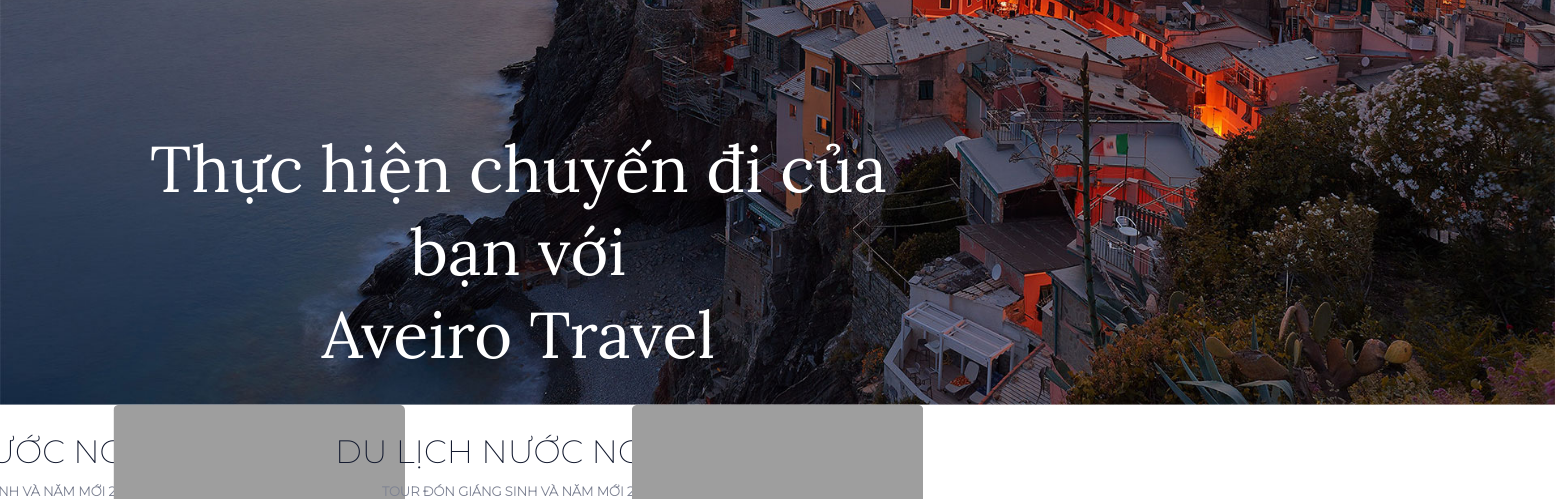
Repository: tuan842001/demotest
Page: /
These files come from the project's save history. The page is drawn as it stood at one moment and after the next save; the edit follows.
The browser window is 1280 px wide. The page is 1920 px wide, so the pictures cover 1920 px, including what lies to the right of the window. The pictures show the part of the page from y = 223 to 839 px (the page is 4327 px tall), at 81% of full size.
Pictures or frames that could not be fetched are drawn as grey boxes. The project was rebuilt for these pictures with package versions that can differ from the ones it lists, and the page was loaded fresh each time. Also part of the build but not shown: src/components/offers/offers.css, src/components/offers/Offers.jsx, src/pages/intour/Intour.jsx.

Above is the page before, as saved 2021-10-14 15:30:57.

### public/index.html
<!DOCTYPE html>
<html lang="en">
  <head>
    <meta charset="utf-8" />
    <link rel="icon" href="%PUBLIC_URL%/favicon.ico" />
    <meta name="viewport" content="width=device-width, initial-scale=1" />
    <meta name="theme-color" content="#000000" />
    <meta name="description" content="Web site created using create-react-app"/>
    <link href="https://fonts.googleapis.com/css2?family=Lora:wght@400;500;600;700&display=swap" rel="stylesheet">
    <link rel="stylesheet" href="https://cdnjs.cloudflare.com/ajax/libs/font-awesome/6.0.0-beta2/css/all.min.css" integrity="sha512-YWzhKL2whUzgiheMoBFwW8CKV4qpHQAEuvilg9FAn5VJUDwKZZxkJNuGM4XkWuk94WCrrwslk8yWNGmY1EduTA==" crossorigin="anonymous" referrerpolicy="no-referrer" />
    <link href="https://fonts.googleapis.com/css2?family=Lora:ital,wght@1,700&family=Montserrat:wght@200&display=swap" rel="stylesheet">
    <style>
      * {
        margin: 0;
      }
    </style>
    <title>Aveiro Travel</title>
  </head>
  <body>
    <noscript>You need to enable JavaScript to run this app.</noscript>
    <div id="root"></div>
  </body>
</html>

### src/App.js
import Home from './pages/home/Home';
import Intour from './pages/intour/Intour';
import TopBar from './components/topbar/TopBar';
import "./app.css"

function App() {
  return (
    <>
      <TopBar/>
      <Home/>
    </>
  );
}

export default App;

### src/pages/home/Home.jsx
import Header from "../../components/header/Header";
import Top from "../../components/top/Top";
import Posts from "../../components/posts/Posts";
import Last from "../../components/last/Last";
import Video from "../../components/video/Video";
import Popular from "../../components/popular/Popular";
import Bottombar from "../../components/bottombar/Bottombar";
import "./home.css";

export default function Home() {
  return (
    <>
      <Header />
      <div className="home">
        <Top />
        <Posts />
        <Top />
        <Posts />
      </div>
      <Last />
      <Video />
      <Popular />
      <Bottombar />
    </>
  );
}

### src/components/topbar/TopBar.jsx
import React from "react";
import "./topbar.css";

export default function TopBar() {
  return (
    <div className="top">
      <div className="topLeft">
        <img
          className="topImg"
          src="./assets/images/logoAveiroTravel.png"
          alt=""
        />
      </div>
      <div className="topCenter">
        <ul className="topList">
          <li className="topListItem">Trang Chủ</li>
          <li className="topListItem">Du lịch trong nước</li>
          <li className="topListItem">Du lịch nước ngoài</li>
          <li className="topListItem">Tin tức</li>
          <li className="topListItem">Liên hệ</li>
          <li className="topListItem">Đăng nhập</li>
          <li className="topListItem">Đăng ký</li>
        </ul>
      </div>
      <div className="topRight">
        <i className="topSearchIcon fas fa-search"></i>
      </div>
    </div>
  );
}

### src/app.css
*{
    margin: 0;
    padding: 0;
    -webkit-font-smoothing: antialiased;
    -webkit-text-shadow: rgba(0,0,0,.01) 0 0 1px;
    text-shadow: rgb(0 0 0 / 1%) 0 0 1px;
}
body{
    font-family: 'Montserrat', sans-serif;
    font-size: 14px;
    font-weight: 400;
    background: #FFFFFF;
    color: #131a2f;
}
ul{
    list-style: none;
    margin-bottom: 0px;
}
a{
    display: block;
    font-size: 16px;
    font-weight: 500;
    /* line-height: 56px; */
    text-decoration: none;
    background-color: transparent;
}
.container{
    width: 100%;
    padding-right: 15px;
    padding-left: 15px;
    margin-right: auto;
    margin-left: auto;
    position: relative;
}
.row{
    display: -ms-flexbox;
    display: flex;
    -ms-flex-wrap: wrap;
    flex-wrap: wrap;
    padding-top: 40px;
    padding-bottom: 65px;
    margin-left: calc(50% - 585px);
    margin-right: calc(50% - 585px);
}
.col{
    -ms-flex-preferred-size: 0;
    flex-basis: 0;
    -ms-flex-positive: 1;
    flex-grow: 1;
    max-width: 100%;
}
.sectionTitle{
    padding-top: 30px;
    line-height: 1.1;
    font-size: 40px;
    font-weight: 300;
    text-align: center!important;

}
.sectionTitle div {
    font-size: 16px;
    font-weight: 600;
    color: #7d8293;
    text-transform: uppercase;
    margin-top: 19px;
}
img{
    vertical-align: middle;
    border-style: none;
}
div{
    display: block;
    position: relative;
    -webkit-box-sizing: border-box;
    -moz-box-sizing: border-box;
    box-sizing: border-box;
}


.dropdown-content {
    display: none;
    position: absolute;
    right: 0;
    top: 100%;
    margin: 0;
    width: 100%;
    background: #FFFFFF;

    z-index: 1;
    box-shadow: 0 15px 25px rgb(63 78 100 / 15%);
}

.dropdown:hover .dropdown-content {
    display: block;
}

### src/components/header/Header.jsx
import "./header.css";

export default function Header() {
  return (
    <div className="header">
      <div className="headerBackground">
        <img
          className="headerTitImg"
          src="./assets/images/elements.jpg"
          alt=""
        />
      </div>
      <div className="headerContent">
        <div className="headerTitles">
          <span className="headerTitleSm">Thực hiện chuyến đi của bạn với</span>
          <br />
          <span className="headerTitleLg">Aveiro Travel</span>
        </div>
      </div>
    </div>
  );
}

### src/components/top/Top.jsx
import "./top.css";

export default function Top() {
  return (
    <div className="tops">
      <div className="rowTop">
        <div className="col">
          <div className="sectionTitle">
            <h2>DU LỊCH NƯỚC NGOÀI</h2>
            <div>Tour Đón Giáng Sinh Và Năm Mới 2019</div>
          </div>
        </div>
        <div className="row"></div>
      </div>
    </div>
  );
}

### src/components/posts/Posts.jsx
import Post from "../post/Post";
import IntourPost from "../intourPost/IntourPost";
import "./posts.css";

export default function Posts() {
  return (
    <div className="posts">
      <IntourPost />
      <Post />
      <Post />
    </div>
  );
}

### src/components/last/Last.jsx
import "./last.css";

export default function Last() {
  return (
    <div className="last">
      <img className="lastImg" src="./assets/images/last.jpg" alt="" />
      <div className="container">
        <div className="row">
          <div className="lastLeft">
            <div className="lastItem">
              <div className="lastItemContainer">
                <div className="lastSubtitle">Averio Travel</div>
                <div className="lastPercent">50%</div>
                <div className="lastTitle">
                  NHỮNG ĐỊA ĐIỂM VUI CHƠI Ở SENTOSA SINGAPORE TUYỆT ĐỐI KHÔNG
                  THỂ BỎ LỠ
                </div>
                <div className="lastText">
                  Toàn bộ Sentosa có 4 khu giải trí và nghỉ dưỡng, bao gồm:
                  Imbiah Lookout, Siloso Point, Beaches và Resorts World Sentosa
                  với nhiều khu vui chơi giải trí phù hợp với nhu cầu của khách
                  tham quan.
                </div>
                <div className="lastButton">
                  <a href="#">Xem chi tiết</a>
                </div>
              </div>
            </div>
          </div>
          <div className="lastRight">
            <div className="lastItem">
              <div className="lastItemContainer">
                <div className="lastSubtitle">Averio Travel</div>
                <div className="lastPercent">50%</div>
                <div className="lastTitle">Tháp Eiffel Có Áo Mới</div>
                <div className="lastText">
                  Kể từ thời điểm này, nếu bạn đến Paris và ghé thăm tháp Eiffel
                  ở cự ly gần sẽ được nhìn thấy một bức tường kính ngay dưới
                  chân tháp.
                </div>
                <div className="lastButton">
                  <a href="#">Xem chi tiết</a>
                </div>
              </div>
            </div>
          </div>
        </div>
      </div>
    </div>
  );
}

### src/components/video/Video.jsx
import "./video.css";

export default function Video() {
  return (
    <div className="video">
      <img className="videoBackground" src="./assets/images/video.jpg" alt="" />
      <div className="videoContent">
        <div className="videoTitle">Một ngày trên đảo</div>
        <div className="videoSubtitle">
          Chuyến đi do nhóm Averio Travel tổ chức
        </div>
        <div className="videoPlay">
          <a
            className="videoTest"
            href="https://www.youtube.com/watch?v=1La4QzGeaaQ"
          >
            <img src="./assets/images/play.png" alt="" />
          </a>
        </div>
      </div>
    </div>
  );
}

### src/components/popular/Popular.jsx
import "./popular.css";

export default function Popular() {
  return (
    <div className="popular">
      <div className="container">
        <div className="row">
          <div className="col">
            <div className="sectionTitle">
              <h2>Thư Viện</h2>
              <div>Khoảnh khắc đẹp nhất</div>
            </div>
          </div>
        </div>
        <div className="row">
          <div className="popularList">
            <div className="popularItem">
              <img src="./assets/images/gallery/popular_8.jpg" alt="" />
              <div className="popularItemText">
                <div className="popularItemTitle">Myanma</div>
              </div>
            </div>
            <div className="popularItem">
              <img src="./assets/images/gallery/popular_7.jpg" alt="" />
              <div className="popularItemText">
                <div className="popularItemTitle">Myanma</div>
              </div>
            </div>
            <div className="popularItem">
              <img src="./assets/images/gallery/popular_6.jpg" alt="" />
              <div className="popularItemText">
                <div className="popularItemTitle">Myanma</div>
              </div>
            </div>
            <div className="popularItem">
              <img src="./assets/images/gallery/popular_5.jpg" alt="" />
              <div className="popularItemText">
                <div className="popularItemTitle">Myanma</div>
              </div>
            </div>
            <div className="popularItem">
              <img src="./assets/images/gallery/popular_4.jpg" alt="" />
              <div className="popularItemText">
                <div className="popularItemTitle">Myanma</div>
              </div>
            </div>
            <div className="popularItem">
              <img src="./assets/images/gallery/popular_3.jpg" alt="" />
              <div className="popularItemText">
                <div className="popularItemTitle">Myanma</div>
              </div>
            </div>
            <div className="popularItem">
              <img src="./assets/images/gallery/popular_2.jpg" alt="" />
              <div className="popularItemText">
                <div className="popularItemTitle">Myanma</div>
              </div>
            </div>
            <div className="popularItem">
              <img src="./assets/images/gallery/popular_1.jpg" alt="" />
              <div className="popularItemText">
                <div className="popularItemTitle">Myanma</div>
              </div>
            </div>
          </div>
        </div>
      </div>
    </div>
  );
}

### src/components/bottombar/Bottombar.jsx
import "./bottombar.css";

export default function Bottombar() {
  return (
    <div className="bottombar">
      <div className="bottomLeft">
        <span className="bottomTitle">LIÊN HỆ</span>
        <span className="bottomText">Aveiro Travel</span>
        <span className="bottomText">Đường Z115 - xã Quyết Thắng</span>
        <span className="bottomText">TP. Thái Nguyên – tỉnh Thái Nguyên</span>
      </div>
      <div className="bottomCenter">
        <span className="bottomText">Phone: 0966245700</span>
        <span className="bottomText">Email: Averirotravel@gmail.com</span>
        <span className="bottomText">
          Liên hệ với chúng tôi <i></i>
        </span>
        <div className="bottomItem">
          <i className="bottomIcon fab fa-facebook-f"></i>
          <i className="bottomIcon fab fa-instagram"></i>
          <i className="bottomIcon fab fa-youtube"></i>
        </div>
      </div>
      <div className="bottomRight">
        <span className="bottomText">Đăng ký để nhận những tour mới nhất</span>
        <div className="bottomSubscribe">
          <input
            type="email"
            id="bottom_input"
            className="bottom_input"
            placeholder="Email của bạn"
          />
          <button type="submit" id="bottom_button" class="bottom_button">
            Đăng ký
          </button>
        </div>
      </div>
    </div>
  );
}

### src/components/intourPost/IntourPost.jsx
import "./intourPost.css";

export default function IntourPost() {
  return (
    <div className="intourPost">
      <img
        className="postImg"
        src="http://localhost/halotrip/view/images/tour/Hollywood-Walk-of-Fame_220247812.jpg"
        alt=""
      />
      <div className="postInfo">
        <span className="postPrice">7.555.000 VND</span>

        <span className="postTitle">DU LỊCH HONG KONG</span>
      </div>
    </div>
  );
}

### src/components/topbar/topbar.css
.top{
    width: 100%;
    height: 90px;
    background-color: #f9f9f9;
    position: sticky;
    top: 0;
    display: flex;
    align-items: center;
    font-family: 'Lora', serif;
    color: #666;
    z-index: 999;
}

.topLeft{
    flex: 2;
    display: flex;
    align-items: center;
    justify-content: center;
}
.topCenter{
    flex: 8;
}
.topRight{
    flex: 1;
    display: flex;
    align-items: center;
    justify-content: center;
}
.topImg{
    width: 140px;
    height: 140px;
    object-fit: cover;
}
.topList{
    display: flex;
    justify-content: end;
    margin: 0;
    padding: 0;
    list-style: none;
}
.topListItem{
    margin-right: 40px;
    font-size: 20px;
    font-weight: 400;
    cursor: pointer;
}
.topSearchIcon{
    font-size: 25px;
    color: #666;
    cursor: pointer;
}

### src/components/header/header.css
.headerContent{
    position: absolute;
    top: 46%;
    left: 50%;
    -webkit-transform: translateX(-50%);
    -moz-transform: translateX(-50%);
    -ms-transform: translateX(-50%);
    -o-transform: translateX(-50%);
    transform: translateX(-50%);
    width: 80%;
    text-align: center;
}
.headerTitles{
    align-items: center;
    font-family: 'Lora', serif;
    color: #fff;
}
.headerTitleSm{
    /* position: absolute; */
    /* top: 20%; */
    font-size: 80px;
}
.headerTitleLg{
    /* position: absolute; */
    /* top: 30%; */
    font-size: 80px;
}
/* .headerTitImg{
    width: 100%;
    height: 500px;
    object-fit: cover;
} */

### src/components/top/top.css
.sectionTitle h2 {
    font-weight: 300;
    color: #131a2f;
    font-size: 40px !important;
}
.rowTop{
    display: -ms-flexbox;
    display: flex;
    -ms-flex-wrap: wrap;
    flex-wrap: wrap;
    padding-top: 6px;
    padding-bottom: 40px;
    margin-left: calc(50% - 585px);
    margin-right: calc(50% - 585px);
}

### src/components/post/Post.jsx
import "./post.css";
export default function Post() {
  return (
    <div className="post">
      <img
        className="postImg"
        src="http://localhost/halotrip/view/images/tour/Hollywood-Walk-of-Fame_220247812.jpg"
        alt=""
      />
      <div className="postInfo">
        <span className="postPrice">7.555.000 VND</span>

        <span className="postTitle">DU LỊCH HONG KONG</span>
      </div>
    </div>
  );
}

### src/components/posts/posts.css
.posts {
    display: flex;
    flex-wrap: wrap;
    align-items: center;
    justify-content: center;
    width: 100%;
    padding-right: 15px;
    padding-left: 15px;
    margin-right: auto;
    margin-left: auto;
}

### src/components/last/last.css
.last{
    position: relative;
    font-family: 'Montserrat', sans-serif;
}
.lastImg{
    width: 100%;
    height: 100%;
    object-fit: cover;
    position: absolute;
    top: 0;
    left: 0;
}
.lastLeft, .lastRight{
    flex: 0 0 50%;
    max-width: 50%;
}
.lastItem{
    padding-right: calc(30% - 100px);
}
.lastItemContainer{
    background: rgba(254, 64, 91, 0.79);
    padding-top: 53px;
    padding-bottom: 35px;
    color: #FFFFFF;
    text-align: center;
    padding-left: 90px;
    padding-right: 80px;
}
.lastSubtitle {
    font-size: 16px;
    font-weight: 500;
    text-transform: uppercase;
    text-align: left;
}
.lastPercent{
    font-size: 160px;
    font-weight: 100;
    line-height: 0.75;
    margin-top: 14px;
    text-align: left;
}
.lastTitle{
    font-size: 40px;
    font-weight: 300;
    text-align: left;
    margin-top: 7px;
    line-height: 1.1;
}
.lastText{
    font-size: 14px;
    font-weight: 400;
    text-align: center;
    line-height: 2.14;
    margin-top: 15px;
}
.lastButton{
    margin-top: 37px;
    display: inline-block;
    width: 161px;
    height: 56px;
    background: #131a2f;

}

### src/components/video/video.css
.video {
    padding-top: 144px;
    padding-bottom: 198px;
    position: relative;
    font-family: 'Montserrat', sans-serif;
}
.video div {
    display: block;
    position: relative;
    -webkit-box-sizing: border-box;
    -moz-box-sizing: border-box;
    box-sizing: border-box;

}
.videoBackground{
    position: absolute;
    top: 0;
    left: 0;
    width: 100%;
    height: 100%;
    min-height: 400px;
    object-fit: cover;
    background: transparent;
}
.videoContent{
    width: auto;
    text-align: center;
    padding-left: 15px;
    padding-right: 15px;
}
.videoTitle{
    font-size: 30px;
    font-weight: 300;
    color: #FFFFFF;
}
.videoSubtitle{
    font-size: 14px;
    font-weight: 300;
    color: #FFFFFF;
    margin-top: 3px;
}
.videoPlay{
    margin: 0 auto;
    margin-top: 43px;
    cursor: pointer;
    width: 14%;
}
.videoTest{
    outline: none;
}

### src/components/popular/popular.css
.popular div{
    display: block;
    position: relative;
    -webkit-box-sizing: border-box;
    -moz-box-sizing: border-box;
    box-sizing: border-box;
}
.popular{
    width: 100%;
    background: #FFFFFF;
    font-family: 'Montserrat', sans-serif;
}
.popularList{
    width: 100%;
    align-items: center!important;
    justify-content: space-between!important;
    flex-direction: row!important;
    flex-wrap: wrap!important;
    display: flex!important;

}
.popularItem{
    width: calc((100% - 90px) / 4);
    margin-bottom: 26px;
}
.popularItem img{
    max-width: 100%;
    vertical-align: middle;
    border-style: none;
}

.popularItemText{
    position: absolute;
    left: 28px;
    bottom: 60px;
    z-index: 10;
}
.popularItemTitle{
    font-size: 20px;
    font-weight: 600;
    color: #FFFFFF;

}

### src/components/bottombar/bottombar.css
.bottombar{
    width: 100%;
    height: 300px;
    background-color: #080d1d;
    display: flex;
    align-items: center;
    font-family: 'Lora', serif;
    color: #fff;
    font-size: 18px;
    position: absolute;
}
.bottomLeft, .bottomCenter {
    flex: 3;
    display: flex;
    flex-direction: column;
    justify-content: center;
    margin-left: 74px;
}

.bottomRight{
    flex: 4;
    display: flex;
    flex-direction: column;
    justify-content: center;
}
.bottomTitle{
    font-size: 25px;
    font-weight: 700;
    margin-bottom: 25px;
}
.bottomText{
    margin-bottom: 10px;
}
.bottomIcon{
    font-size: 35px;
    margin-top: 15px;
    margin-right: 50px;
    cursor: pointer;
}
.bottomSubscribe{
    display: flex;
    margin-top: 20px;
}
.bottom_input{
    width: calc(65% - 100px);
    height: 56px;
    border: solid 2px rgba(255,255,255,0.5);
    outline: none;
    background: transparent;
    padding-left: 31px;
    color: #FFFFFF;
}
.bottom_button{
    width: 161px;
    height: 62px;
    vertical-align: top;
    cursor: pointer;
    border: none;
    outline: none;
    background: #fe364a;
    color: #FFFFFF;
    font-size: 16px;
    margin-left: 20px;
    font-weight: 500;
    -webkit-transition: all 200ms ease;
    -moz-transition: all 200ms ease;
    -ms-transition: all 200ms ease;
    -o-transition: all 200ms ease;
    transition: all 200ms ease;
}

### src/components/intourPost/intourPost.css
.intourPost {
    width: 360px;
    margin: 0px 25px 40px 25px;
    cursor: pointer;
    position: relative;
}
.postImg{
    width: 100%;
    height: 240px;
    object-fit: cover;
    border-radius: 7px;
}
.postInfo{
    display: flex;
    flex-direction: column;
    left: 33px;
    bottom: 75px;
    color: #fff;
}
.post div {
    position: relative;
    box-sizing: border-box;
}
.postTitle{
    font-family: 'Lora', serif;
    font-size: 20px;
    font-weight: 700;
    margin-top: 2px;
}
.postPrice{
    font-family: 'Lora', serif;
    font-style: italic;
}

### src/components/post/post.css
.post {
    width: 360px;
    margin: 0px 25px 40px 25px;
    cursor: pointer;
    position: relative;

}
.postImg{
    width: 100%;
    height: 240px;
    object-fit: cover;
    border-radius: 7px;
}
.postInfo{
    display: flex;
    flex-direction: column;
    left: 33px;
    bottom: 75px;
    color: #fff;
}
.post div {
    position: relative;
    box-sizing: border-box;
}
.postTitle{
    font-family: 'Lora', serif;
    font-size: 20px;
    font-weight: 700;
    margin-top: 2px;
}
.postPrice{
    font-family: 'Lora', serif;
    font-style: italic;
}

Loaded but not shown: src/index.js (common file); src/pages/home/home.css (common file); src/pages/intour/intour.css (no stored copy; drawn as an empty file)

After the next save:
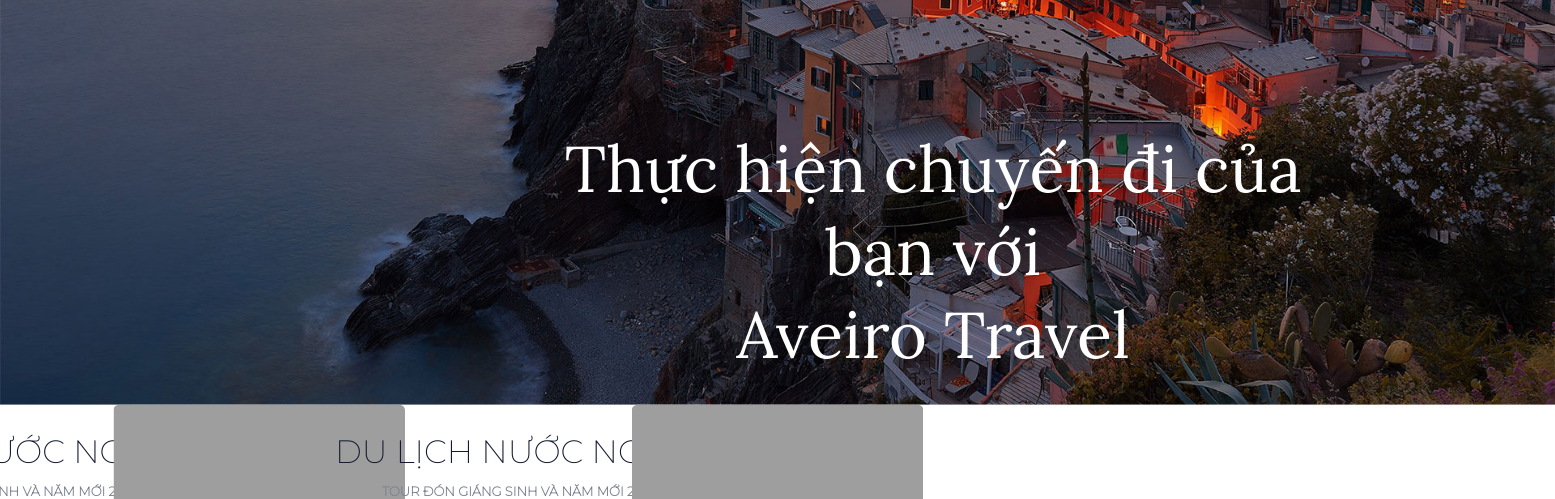
Saved 24 s later.
--- a/src/components/header/header.css
+++ b/src/components/header/header.css
@@ -2,11 +2,6 @@
     position: absolute;
     top: 46%;
     left: 50%;
-    -webkit-transform: translateX(-50%);
-    -moz-transform: translateX(-50%);
-    -ms-transform: translateX(-50%);
-    -o-transform: translateX(-50%);
-    transform: translateX(-50%);
     width: 80%;
     text-align: center;
 }
